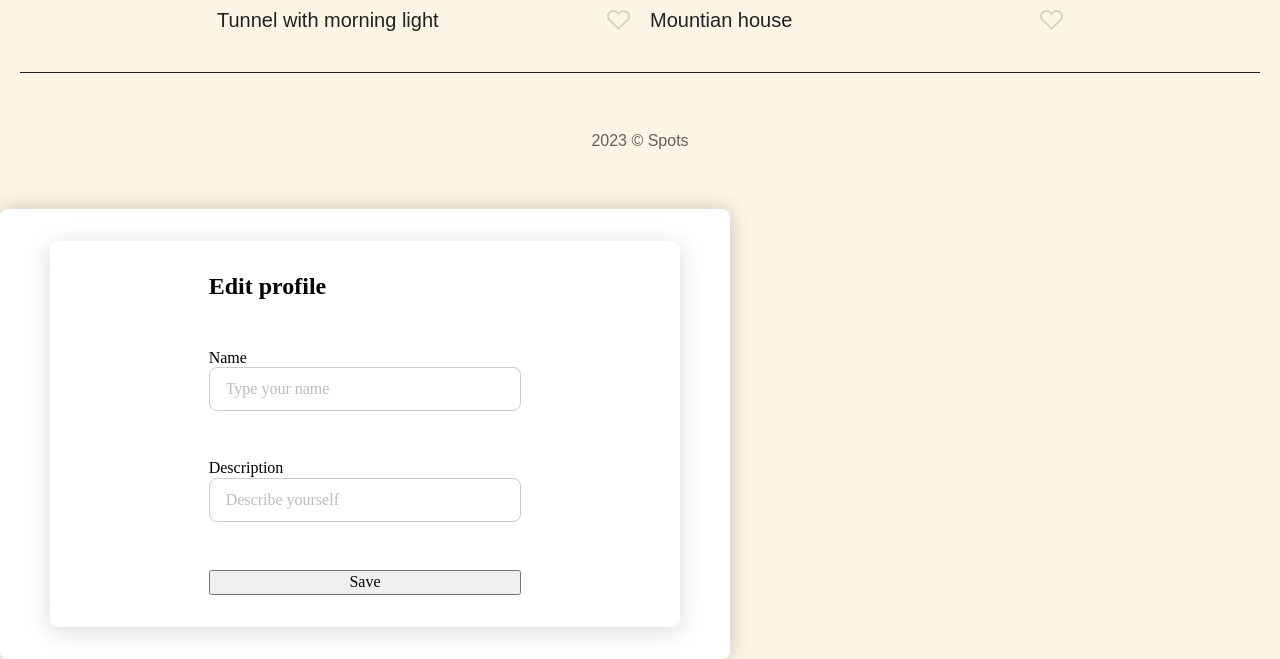
Repository: riffey55/se_project_spots
Page: index.html
The author's editor kept a copy of each file at every save. The page is drawn from the files as they stood at one save, then again after the next save.
The browser window is 1280 px wide. The pictures show the part of the page from y = 1694 to 2353 px (the page is 2353 px tall before and 2289 px after).

Above is the page before, as saved 2025-07-24 17:32:09.

After the next save:
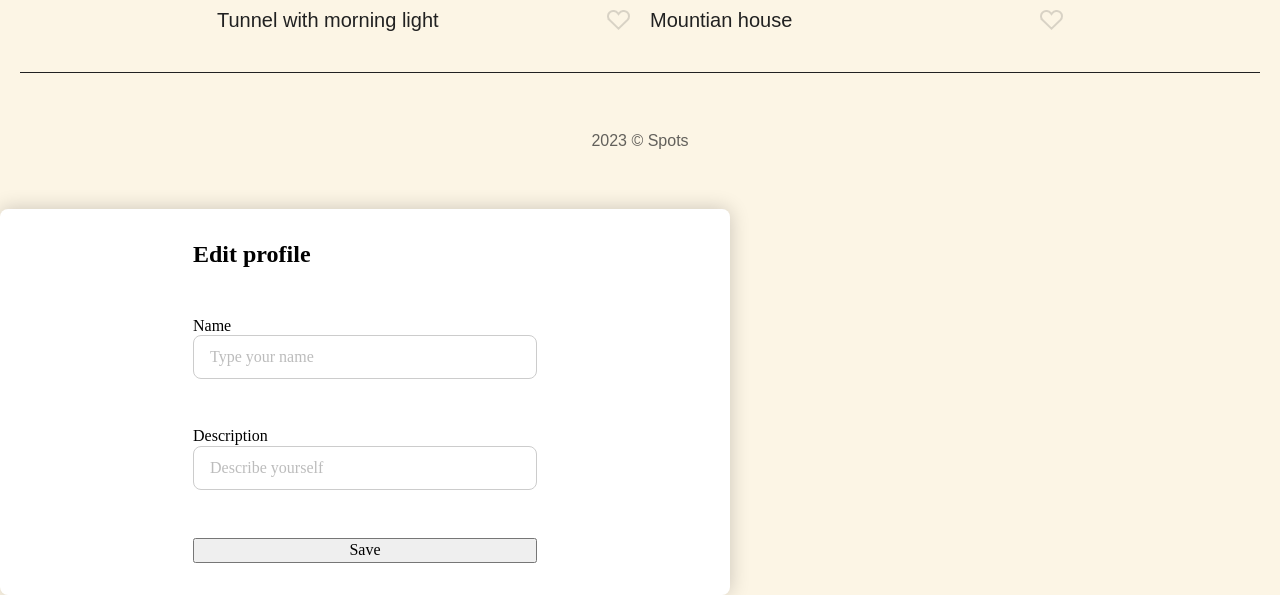
Saved 118 s later.
--- a/blocks/modal.css
+++ b/blocks/modal.css
@@ -11,13 +11,13 @@
   display: flex;
 }
 
-.modal__container {
-  background-color: #ffffff;
+.modal {
+  max-width: 730px;
+  width: 100%;
+  padding: 32px 50px;
+  background-color: #fff;
   border-radius: 8px;
-  padding: 32px 50px;
-  width: 100%;
-  max-width: 730px;
-  box-shadow: 0 4px 24px rgba(0, 0, 0, 0.15);
+  box-sizing: border-box;
 
   display: flex;
   flex-direction: column;
